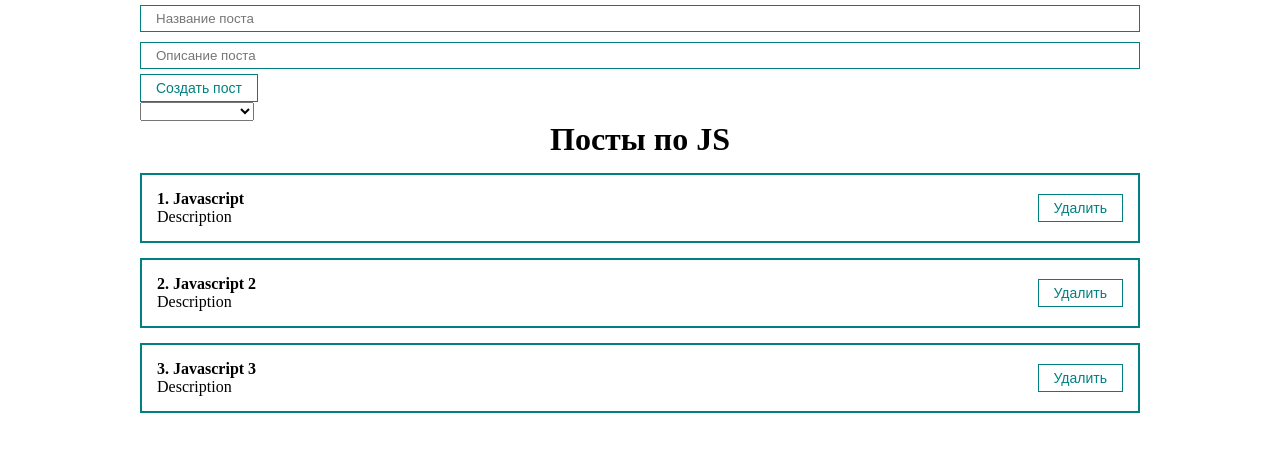
Repository: otvertka/ulb
Page: /
These files come from the project's save history. The page is drawn as it stood at one moment and after the next save; the edit follows.
The browser window is 1280 px wide. The pictures show the whole page.
The project was rebuilt for these pictures with package versions that can differ from the ones it lists, and the page was loaded fresh each time. Also part of the build but not shown: src/components/Counter.jsx, src/components/ClassCounter.jsx.

Above is the page before, as saved 2023-06-12 11:42:11.

After the next save:
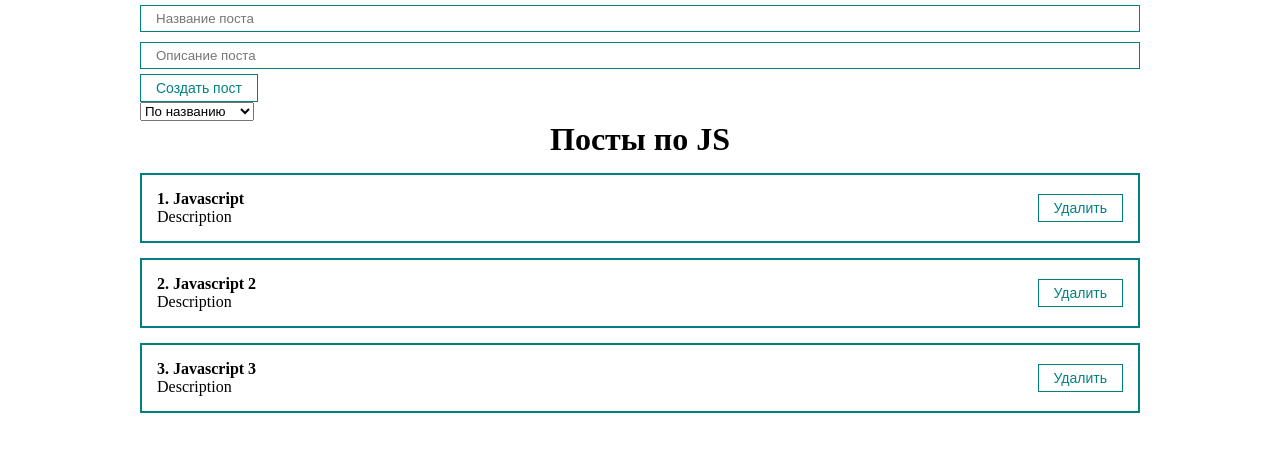
Saved 4 min 1 s later.
--- a/src/App.js
+++ b/src/App.js
@@ -31,7 +31,13 @@ function App() {
       {/* передаём в компонент функцию обратного вызова, чтобы добавить в родительский массив дочерний новый элемент */}
       <PostForm create={createPost} />
       <div>
-        <MySelect defaultValue="Сортировка по" options={[]} />
+        <MySelect
+          defaultValue="Сортировка по"
+          options={[
+            { value: "title", name: "По названию" },
+            { value: "body", name: "По описанию" },
+          ]}
+        />
       </div>
       {posts.length !== 0 ? (
         <PostList remove={removePost} posts={posts} title="Посты по JS" />
